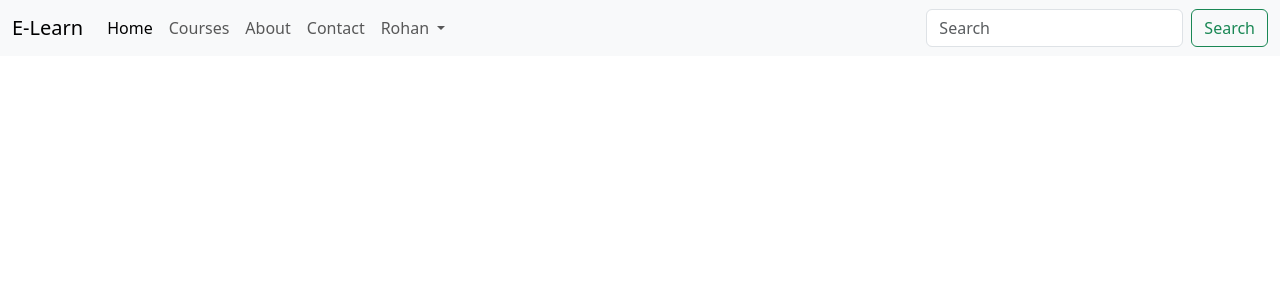
Repository: syni18/bootstrap_elarn
Page: About.html
The author's editor kept a copy of each file at every save. The page is drawn from the files as they stood at one save, then again after a run of saves.
The browser window is 1280 px wide. The pictures show the whole page.

Above is the page before, as saved 2023-10-25 23:01:00.

After the next 2 saves:
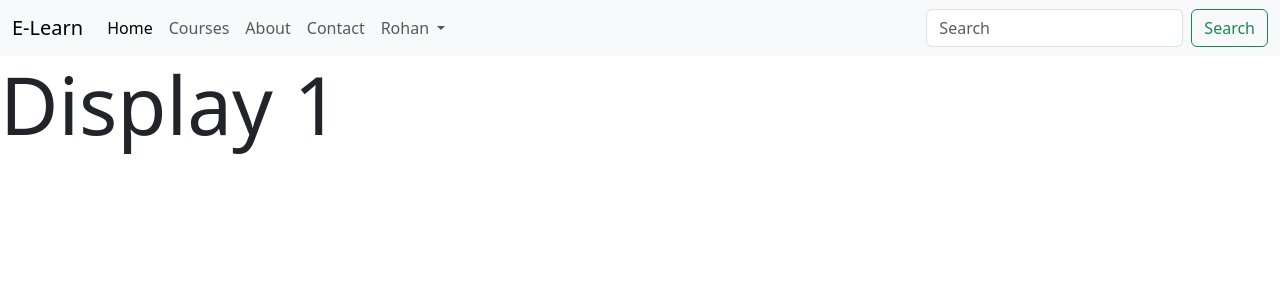
The 2 saves are shown as one change because they came seconds apart.
The last was saved 51 s later.
--- a/About.html
+++ b/About.html
@@ -46,7 +46,9 @@
     </div>
   </div>
 </nav>
-
+<div>
+    <h1 class="display-1">Display 1</h1>
+</div>
     <script src="https://cdn.jsdelivr.net/npm/bootstrap@5.3.2/dist/js/bootstrap.bundle.min.js" integrity="sha384-C6RzsynM9kWDrMNeT87bh95OGNyZPhcTNXj1NW7RuBCsyN/o0jlpcV8Qyq46cDfL" crossorigin="anonymous"></script>
   </body>
 </html>
